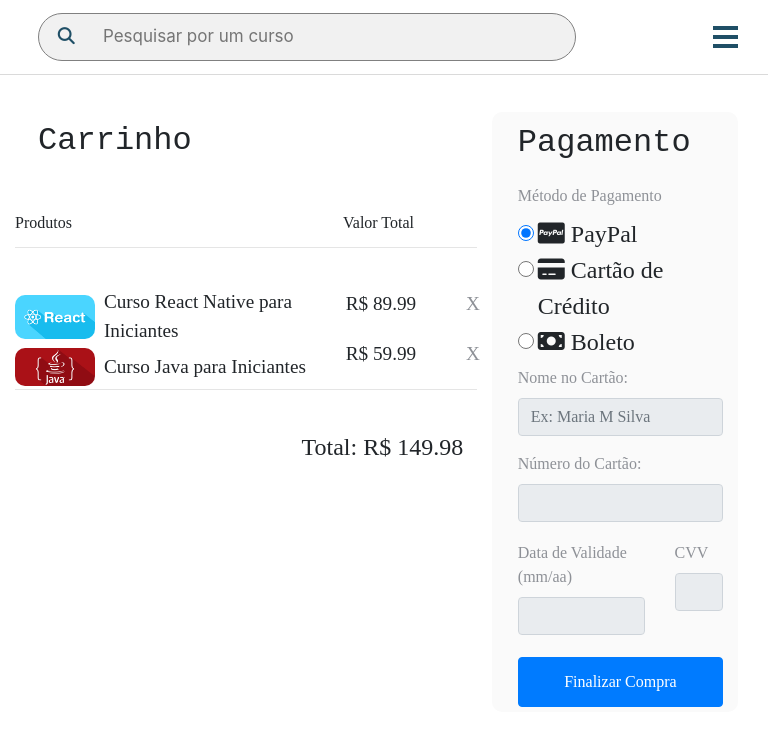
Repository: dudualtmann/Wissen
Page: Projeto Final2/WebContent/checkout.html
An editor plug-in stored every save of this project. The page is shown before and after the next save, followed by the edit.
The browser window is 768 px wide. The pictures show the whole page.
Some web fonts or font styles are not loaded; a fallback is used. Some web libraries are served in a nearby version.

Above is the page before, as saved 2021-01-30 07:00:02.

After the next save:
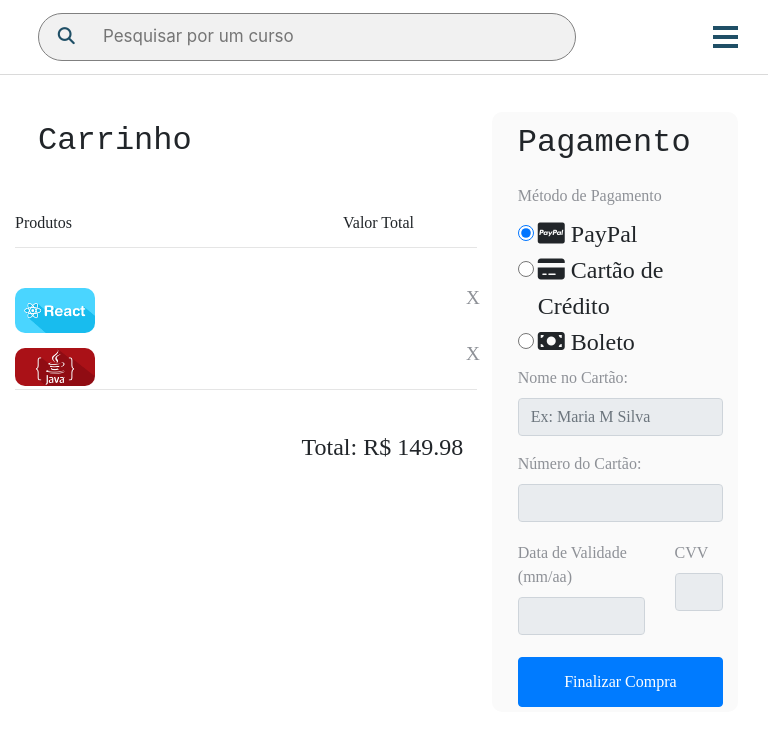
Saved 37 s later.
--- a/Projeto Final2/WebContent/css/checkout.css
+++ b/Projeto Final2/WebContent/css/checkout.css
@@ -150,4 +150,8 @@
 .divider{
 	margin-top:10%;
 }
+
+div.p-text{
+	display: none;
+}
 	}

After the save that followed:
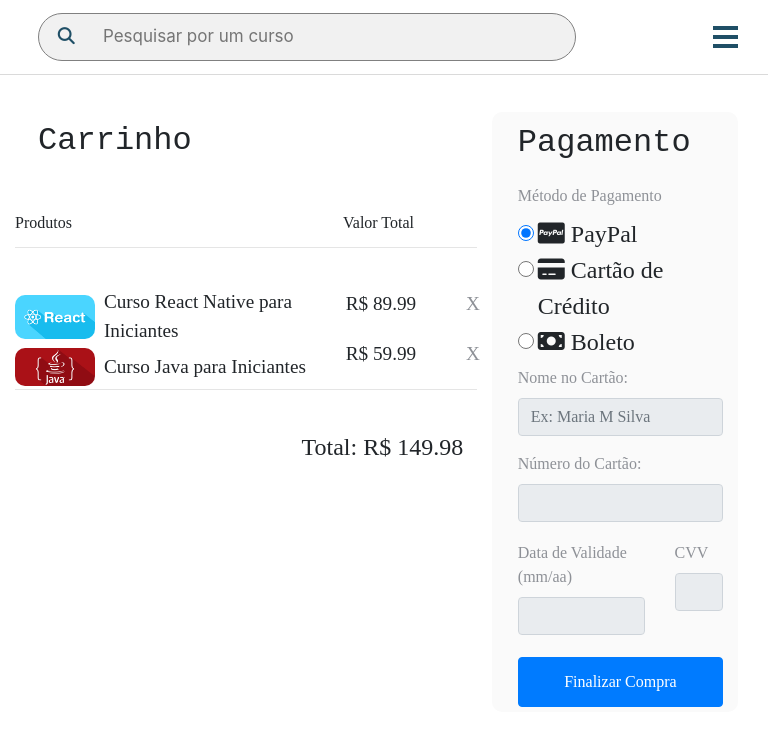
Saved 18 s later.
--- a/Projeto Final2/WebContent/css/checkout.css
+++ b/Projeto Final2/WebContent/css/checkout.css
@@ -150,8 +150,4 @@
 .divider{
 	margin-top:10%;
 }
-
-div.p-text{
-	display: none;
-}
 	}
